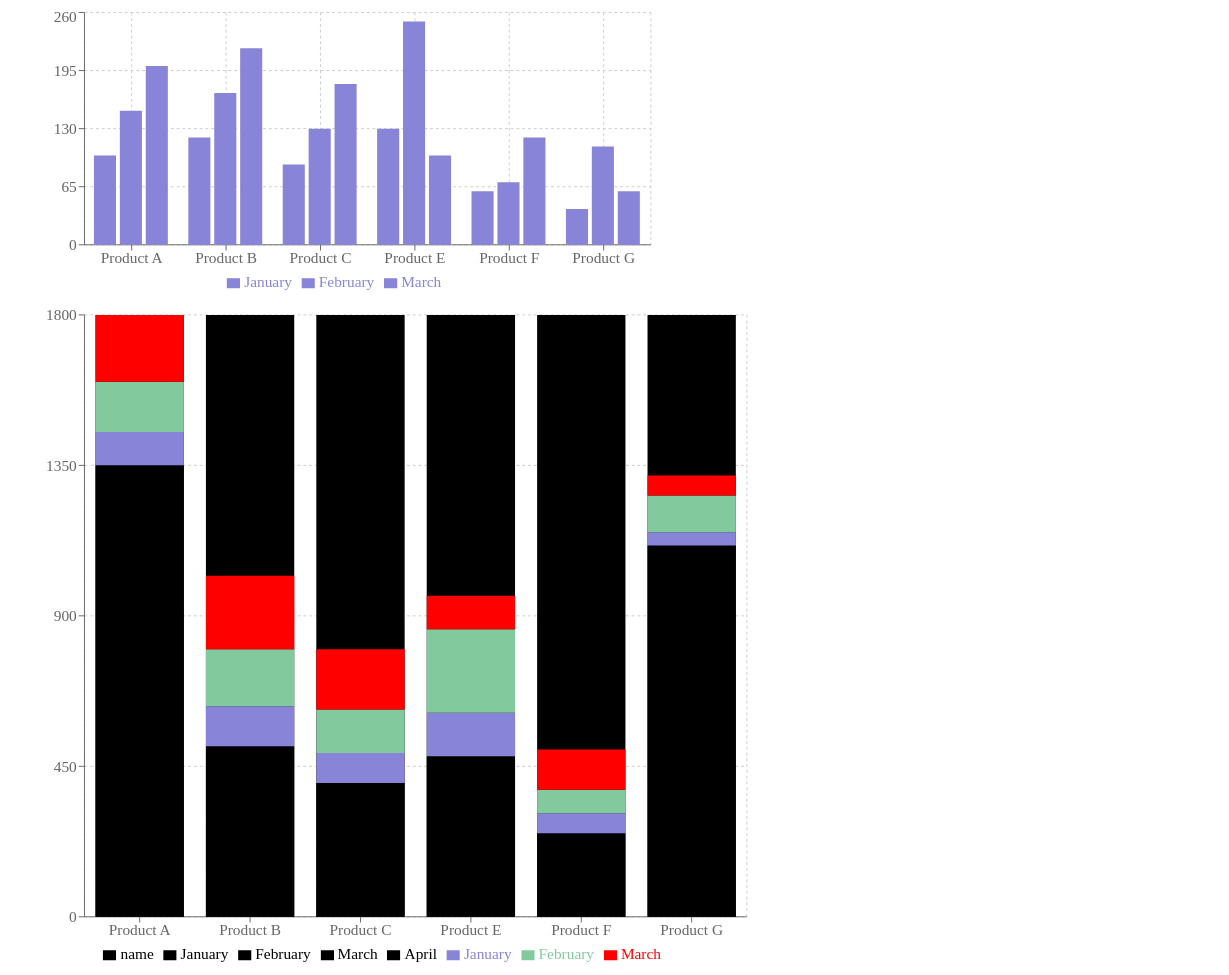
Repository: sagarjain738/test
Page: /
The author's editor kept a copy of each file at every save. The page is drawn from the files as they stood at one save, then again after the next save.
The browser window is 1280 px wide. The pictures show the whole page, at 96% of full size.
The project was rebuilt for these pictures with package versions that can differ from the ones it lists, and the page was loaded fresh each time. Also part of the build but not shown: vite.config.js, src/App.css, src/components/PieChart.jsx, src/components/Table.jsx, src/index.css.

Above is the page before, as saved 2024-01-20 23:26:34.

### src/App.jsx
import "./App.css";
import FirstChart from "./components/FirstChart";
import totalData, { getTotalData, getTotal, getMonths } from "../Data";
import SecondChart from "./components/SecondData";
import TotalPieChart from "./components/PieChart";
import BasicTable from "./components/Table";

function App() {
  const firstRecord = getTotalData(totalData);
  const total = getTotal(totalData);
  const monthNames = getMonths();
  return (
    <>
      <FirstChart records={firstRecord} monthNames={monthNames.slice(1, -1)} />
      <SecondChart records={firstRecord} monthNames={monthNames} />
      {/* <BasicTable records={firstRecord} /> */}
      {/* <TotalPieChart records={total} monthNames={monthNames} /> */}
    </>
  );
}

export default App;

### src/components/FirstChart.jsx
import {
  Bar,
  BarChart,
  CartesianGrid,
  Legend,
  Rectangle,
  Tooltip,
  XAxis,
  YAxis,
} from "recharts";

const FirstChart = ({ records, monthNames }) => {
  return (
    <BarChart
      width={700}
      height={300}
      data={records}
      margin={{
        top: 5,
        right: 30,
        left: 20,
        bottom: 5,
      }}
    >
      <CartesianGrid strokeDasharray="3 3" />
      <XAxis dataKey="name" />
      <YAxis />
      <Tooltip />
      <Legend />
      {monthNames.map((month) => (
        <Bar
          key={month}
          dataKey={month}
          fill="#8884d8"
          activeBar={<Rectangle fill="pink" stroke="blue" />}
        />
      ))}
    </BarChart>
  );
};

export default FirstChart;

### Data.js
let data = {
  salesData: [
    {
      product: "Product A",
      sales: [
        { month: "January", amount: 100 },
        { month: "February", amount: 150 },
        { month: "March", amount: 200 },
        { month: "April", amount: 900 },
      ],
    },
    {
      product: "Product B",
      sales: [
        { month: "January", amount: 120 },
        { month: "February", amount: 170 },
        { month: "March", amount: 220 },
      ],
    },
    {
      product: "Product C",
      sales: [
        { month: "January", amount: 90 },
        { month: "February", amount: 130 },
        { month: "March", amount: 180 },
      ],
    },
    {
      product: "Product E",
      sales: [
        { month: "January", amount: 130 },
        { month: "February", amount: 250 },
        { month: "March", amount: 100 },
      ],
    },
    {
      product: "Product F",
      sales: [
        { month: "January", amount: 60 },
        { month: "February", amount: 70 },
        { month: "March", amount: 120 },
      ],
    },
    {
      product: "Product G",
      sales: [
        { month: "January", amount: 40 },
        { month: "February", amount: 110 },
        { month: "March", amount: 60 },
        { month: "April", amount: 900 },
      ],
    },
  ],
};

export function getTotalData(records) {
  const result = records.salesData.map((item) => {
    return {
      name: item.product,
      data: item.sales.reduce(
        (acc, itm) => ({ ...acc, [`${itm.month}`]: itm.amount }),
        {}
      ),
    };
  });

  const finalData = result.map((item) => {
    return { name: item.name, ...item.data };
  });

  return finalData;
}

export function getTotals(records) {
  const result = records.salesData.map((item) => {
    return {
      id: item.product,
      label: item.product,
      value: item.sales.reduce((acc, itm) => acc + itm.amount, 0),
      color: "hsl(271, 70%, 50%)",
    };
  });
  return result;
}

export function getTotal(data) {
  let sumOfMonths = {};
  data.salesData.forEach((product) => {
    product.sales.forEach((sale) => {
      sumOfMonths[sale.month] = (sumOfMonths[sale.month] || 0) + sale.amount;
    });
  });

  const output = [];

  for (const key in sumOfMonths) {
    output.push({
      id: key,
      label: key,
      value: sumOfMonths[key],
      color: "hsl(37, 70%, 50%)",
    });
  }

  return output;
}

export function getMonths() {
  const months = new Set();
  months.add("name");
  data.salesData.forEach((d) => d.sales.forEach((v) => months.add(v.month)));

  return [...months];
}

export default data;

### src/components/SecondData.jsx
import {
  BarChart,
  Bar,
  Cell,
  XAxis,
  YAxis,
  CartesianGrid,
  Tooltip,
  Legend,
  ResponsiveContainer,
} from "recharts";

const SecondChart = ({ records, monthNames }) => {
  return (
    <BarChart
      width={800}
      height={700}
      data={records}
      margin={{
        top: 20,
        right: 30,
        left: 20,
        bottom: 5,
      }}
    >
      <CartesianGrid strokeDasharray="3 3" />
      <XAxis dataKey="name" />
      <YAxis />
      <Tooltip />
      <Legend />
      {monthNames.map((month, i) => (
        <Bar key={i} dataKey={month} stackId="a" fill="" />
      ))}
      <Bar dataKey="January" stackId="a" fill="#8884d8" />
      <Bar dataKey="February" stackId="a" fill="#82ca9d" />
      <Bar dataKey="March" stackId="a" fill="red" />
    </BarChart>
  );
};

export default SecondChart;

Loaded but not shown: index.html (common file); src/main.jsx (common file)

After the next save:
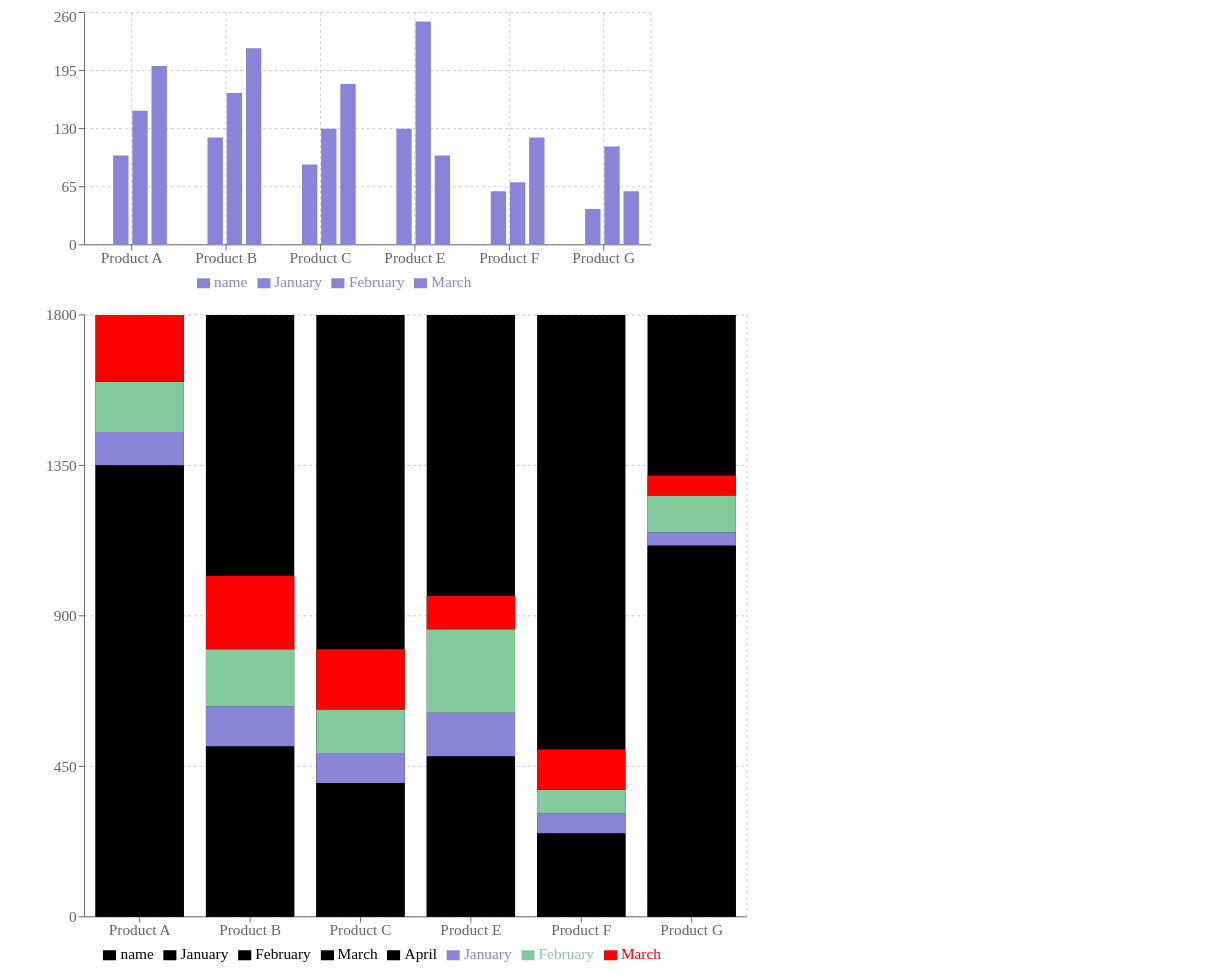
Saved 6 s later.
--- a/src/App.jsx
+++ b/src/App.jsx
@@ -11,7 +11,7 @@ function App() {
   const monthNames = getMonths();
   return (
     <>
-      <FirstChart records={firstRecord} monthNames={monthNames.slice(1, -1)} />
+      <FirstChart records={firstRecord} monthNames={monthNames.slice(0, -1)} />
       <SecondChart records={firstRecord} monthNames={monthNames} />
       {/* <BasicTable records={firstRecord} /> */}
       {/* <TotalPieChart records={total} monthNames={monthNames} /> */}
